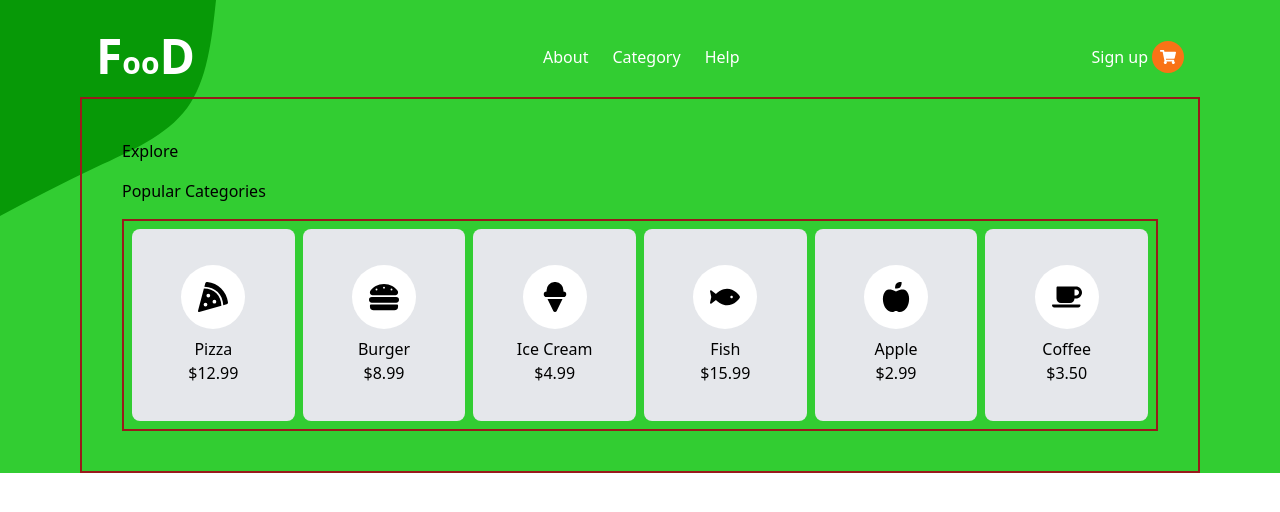
Repository: KhushiCode14/FoodWeb
Page: /category (app in frontend/)
These files come from the project's save history. The page is drawn as it stood at one moment and after the next save; the edit follows.
The browser window is 1280 px wide. The pictures show the whole page.
The project was rebuilt for these pictures with package versions that can differ from the ones it lists, and the page was loaded fresh each time. Also part of the build but not shown: frontend/src/Pages/Home.tsx, frontend/src/components/Home/SignUp.tsx, frontend/src/components/Home/SignIn.tsx, frontend/src/components/Home/Cart.tsx.

Above is the page before, as saved 2024-09-24 12:19:10.

After the next save:
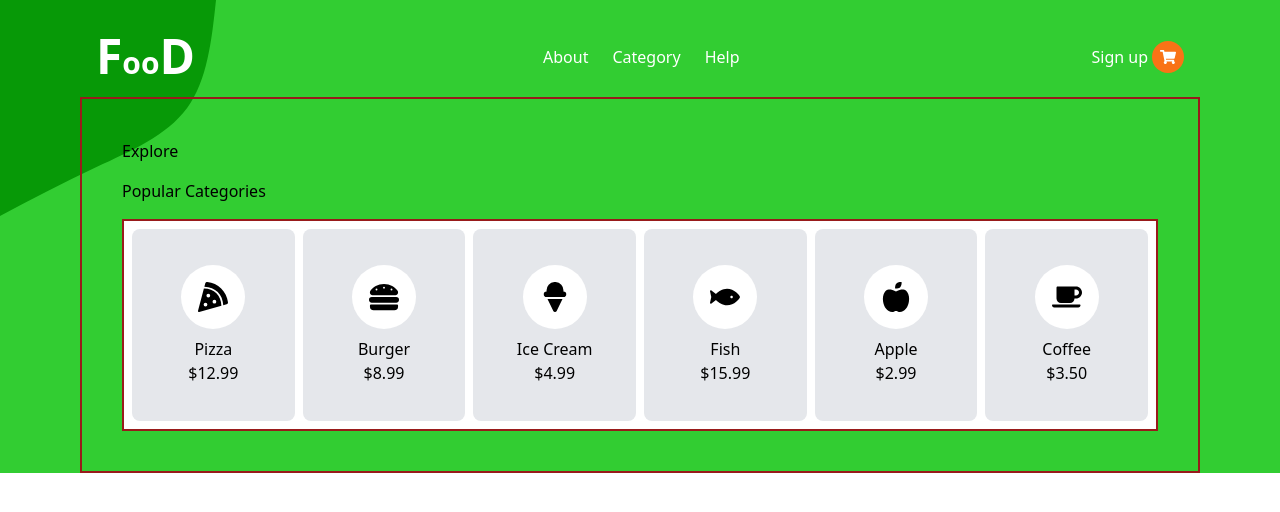
Saved 20 s later.
--- a/frontend/src/components/categories/Card.tsx
+++ b/frontend/src/components/categories/Card.tsx
@@ -61,7 +61,7 @@ const foodItems: FoodItem[] = [
 const Card: React.FC = () => {
 
   return (
-    <div className="p-2 border-red-800   border-2 flex gap-2 ">
+    <div className="p-2 border-red-800   border-2 flex gap-2 bg-white ">
       {foodItems.map((item) => (
       <div
       key={item.id}

After the save that followed:
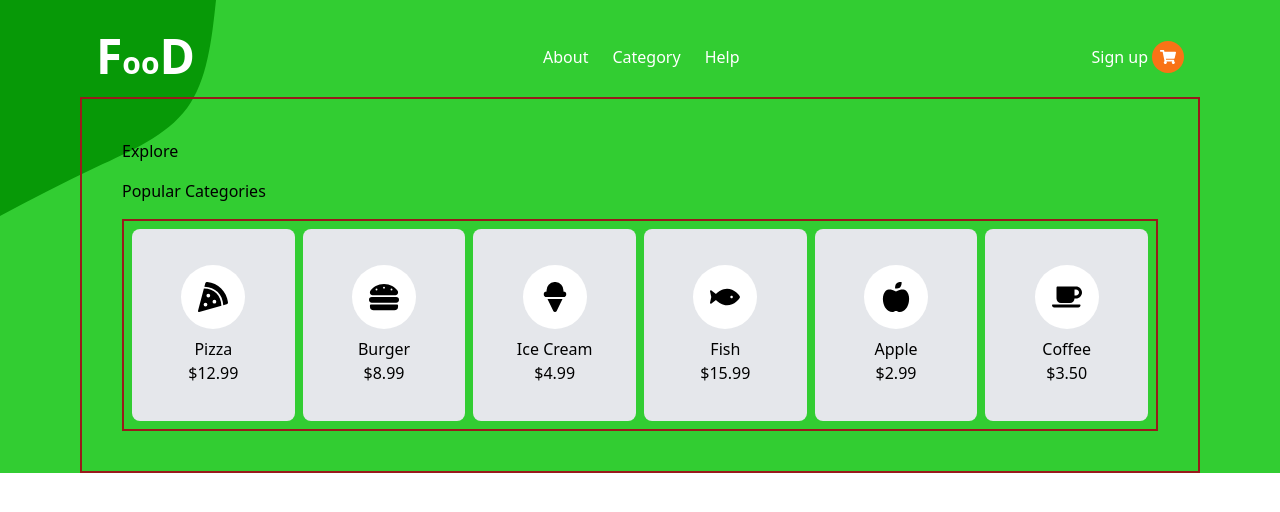
Saved 19 s later.
--- a/frontend/src/components/categories/Card.tsx
+++ b/frontend/src/components/categories/Card.tsx
@@ -61,7 +61,7 @@ const foodItems: FoodItem[] = [
 const Card: React.FC = () => {
 
   return (
-    <div className="p-2 border-red-800   border-2 flex gap-2 bg-white ">
+    <div className="p-2 border-red-800   border-2 flex gap-2 ">
       {foodItems.map((item) => (
       <div
       key={item.id}
